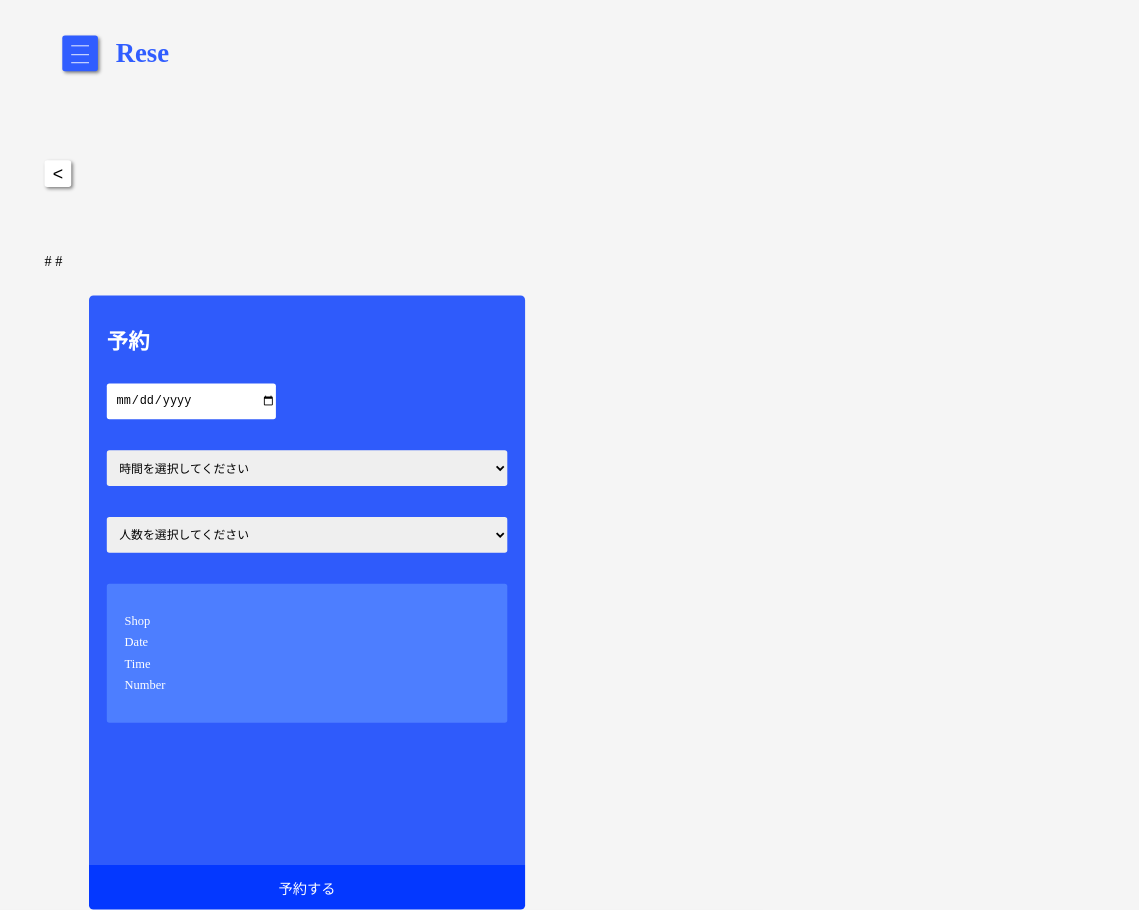
Repository: Haruka-Wada/Rese
Page: src/resources/views/shop_detail.blade.php
These files come from the project's save history. The page is drawn as it stood at one moment and after the next save; the edit follows.
The browser window is 1280 px wide. The pictures show the whole page, at 89% of full size.
The page is served by the project's Laravel application, run on PHP 8.4 with Laravel 8. The template is opened directly, without the code that normally fills it, so the values that code supplies are empty.

Above is the page before, as saved 2024-11-19 14:57:44.

After the next save:
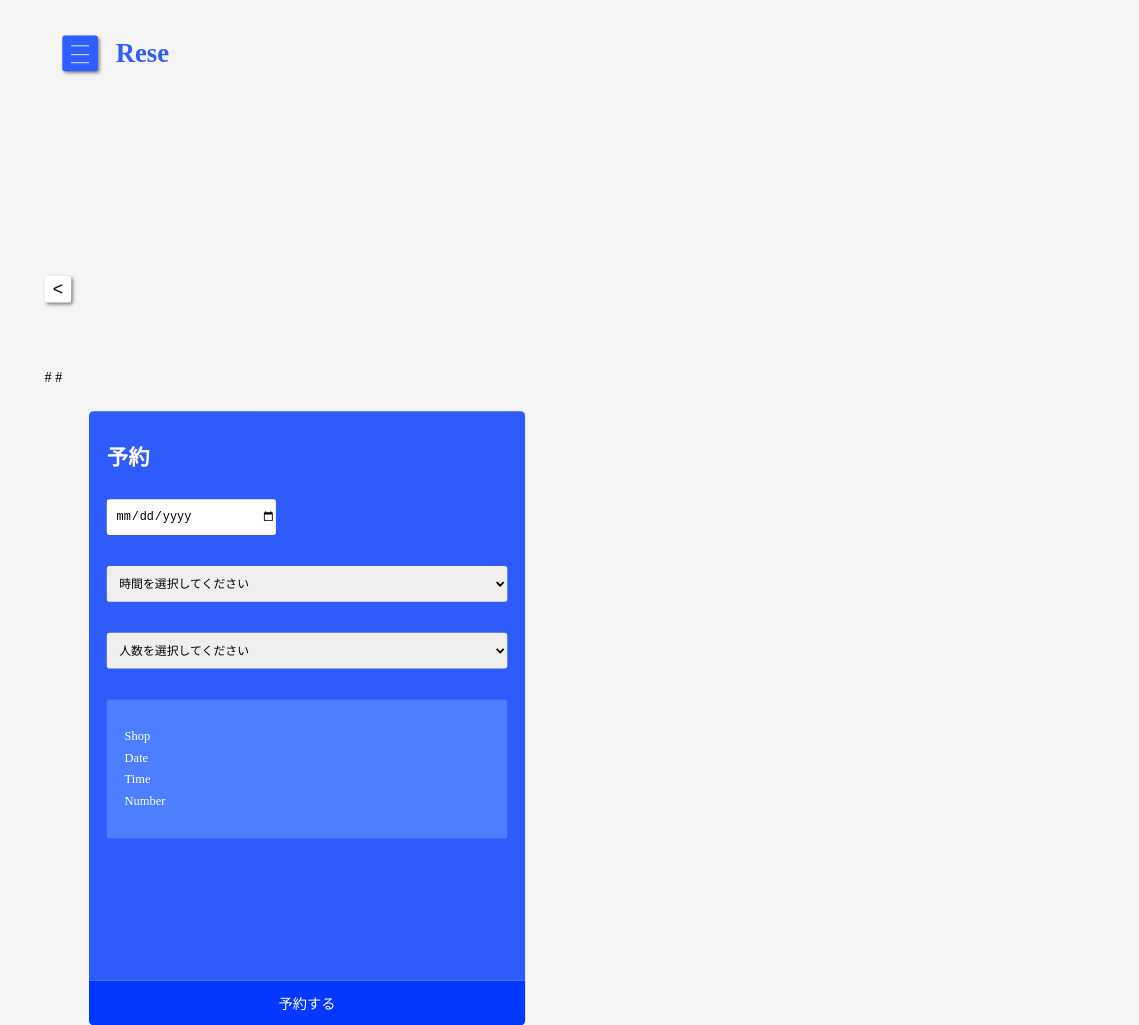
Saved 76 s later.
--- a/src/public/css/shop_detail.css
+++ b/src/public/css/shop_detail.css
@@ -3,7 +3,7 @@
 }
 
 .main {
-    padding: 0;
+    padding: ;
     display: grid;
     grid-template-rows: 130px 400px;
     grid-template-columns: 50% 1fr;

After the save that followed:
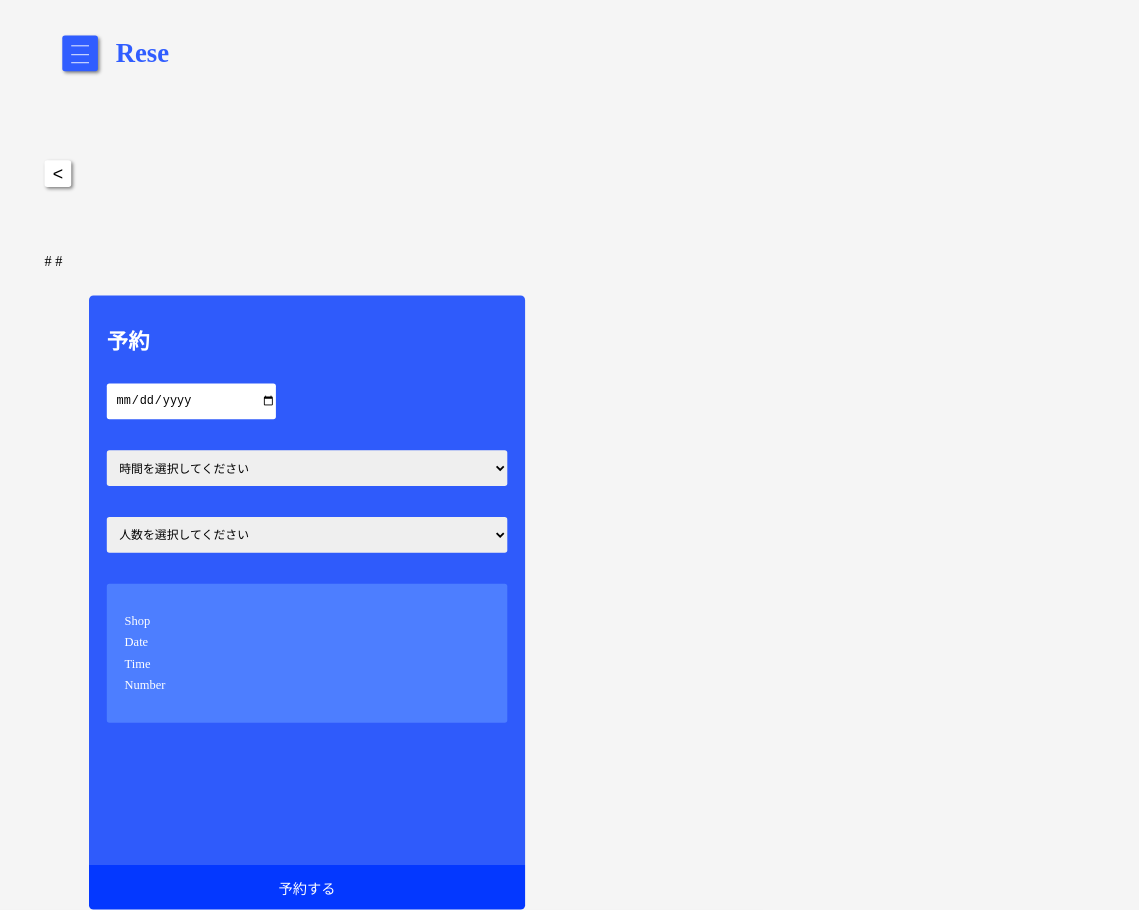
Saved 4 s later.
--- a/src/public/css/shop_detail.css
+++ b/src/public/css/shop_detail.css
@@ -3,7 +3,7 @@
 }
 
 .main {
-    padding: ;
+    padding: 0;
     display: grid;
     grid-template-rows: 130px 400px;
     grid-template-columns: 50% 1fr;
